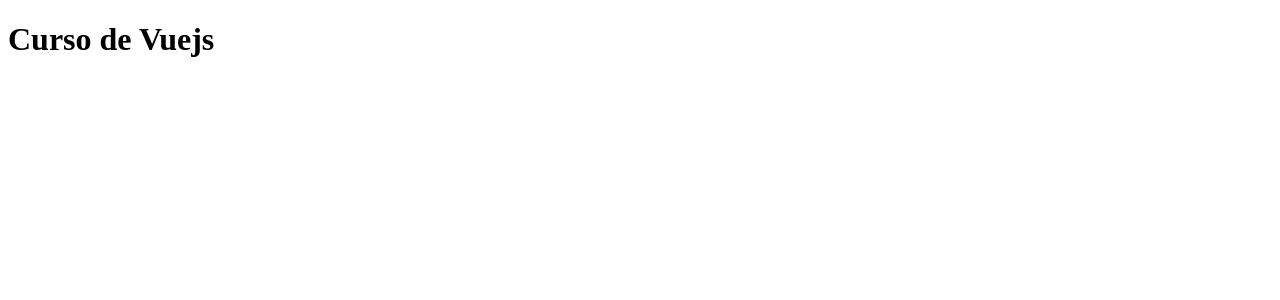
Repository: fabioandrioli/vuejs
Page: index.html
An editor plug-in stored every save of this project. The page is shown before and after the next save, followed by the edit.
The browser window is 1280 px wide. The pictures show the whole page.

Above is the page before, as saved 2021-08-18 08:06:46.

After the next save:
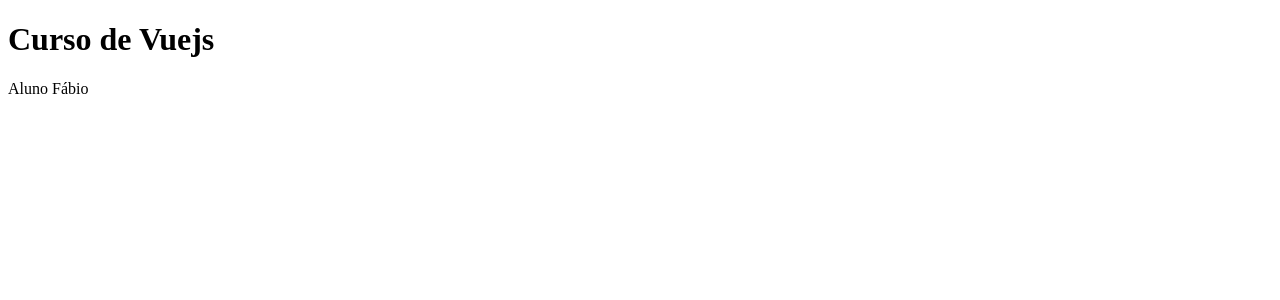
Saved 32 s later.
--- a/index.html
+++ b/index.html
@@ -9,6 +9,7 @@
     <body>
         <div id="app">
             <h1>Curso de Vuejs</h1>
+            <p>Aluno {{name}}</p>
         </div>
 
         <script src="https://unpkg.com/vue@next"></script>
